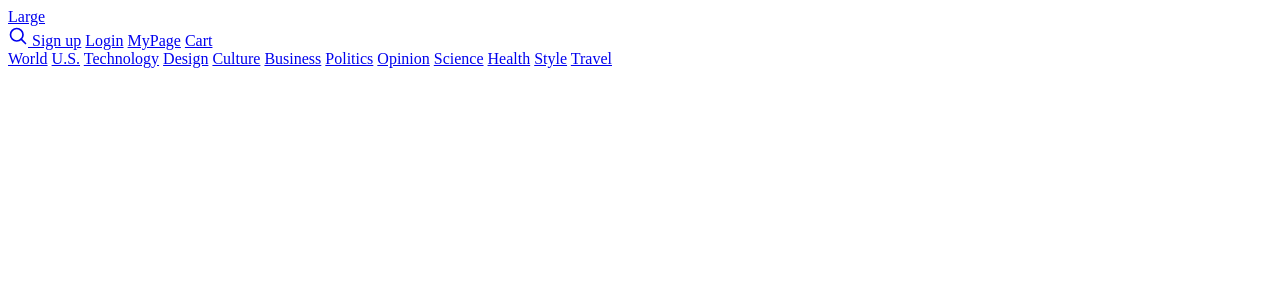
Repository: nunnunhap/Portfolio_YewMall
Page: http://localhost/layout/comm/header
The author's editor kept a copy of each file at every save. The page is drawn from the files as they stood at one save, then again after the next save.
The browser window is 1280 px wide. The pictures show the whole page.
The page is this project's Thymeleaf template; nobody is signed in. The template is opened directly, without the code that normally fills it, so the values that code supplies are empty.

Above is the page before, as saved 2024-06-17 11:23:02.

After the next save:
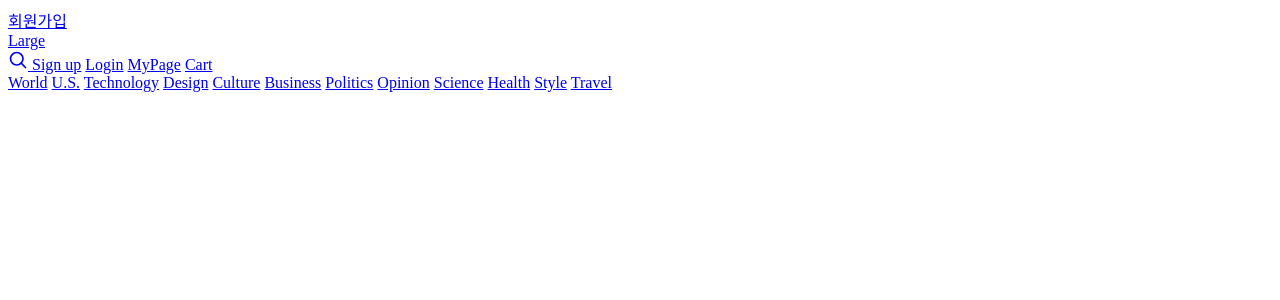
Saved 3 min 8 s later.
--- a/yewmall/src/main/resources/templates/layout/comm/header.html
+++ b/yewmall/src/main/resources/templates/layout/comm/header.html
@@ -5,7 +5,10 @@
 
 	<header class="blog-header py-3">
     <div class="row flex-nowrap justify-content-between align-items-center">
-      <div class="col-8 text-center">
+      <div class="col-4 pt-1">
+        <a class="text-muted" href="#">회원가입</a>
+      </div>
+      <div class="col-4 text-center">
         <a class="blog-header-logo text-dark" href="#">Large</a>
       </div>
       <div class="col-4 d-flex justify-content-end align-items-center">
